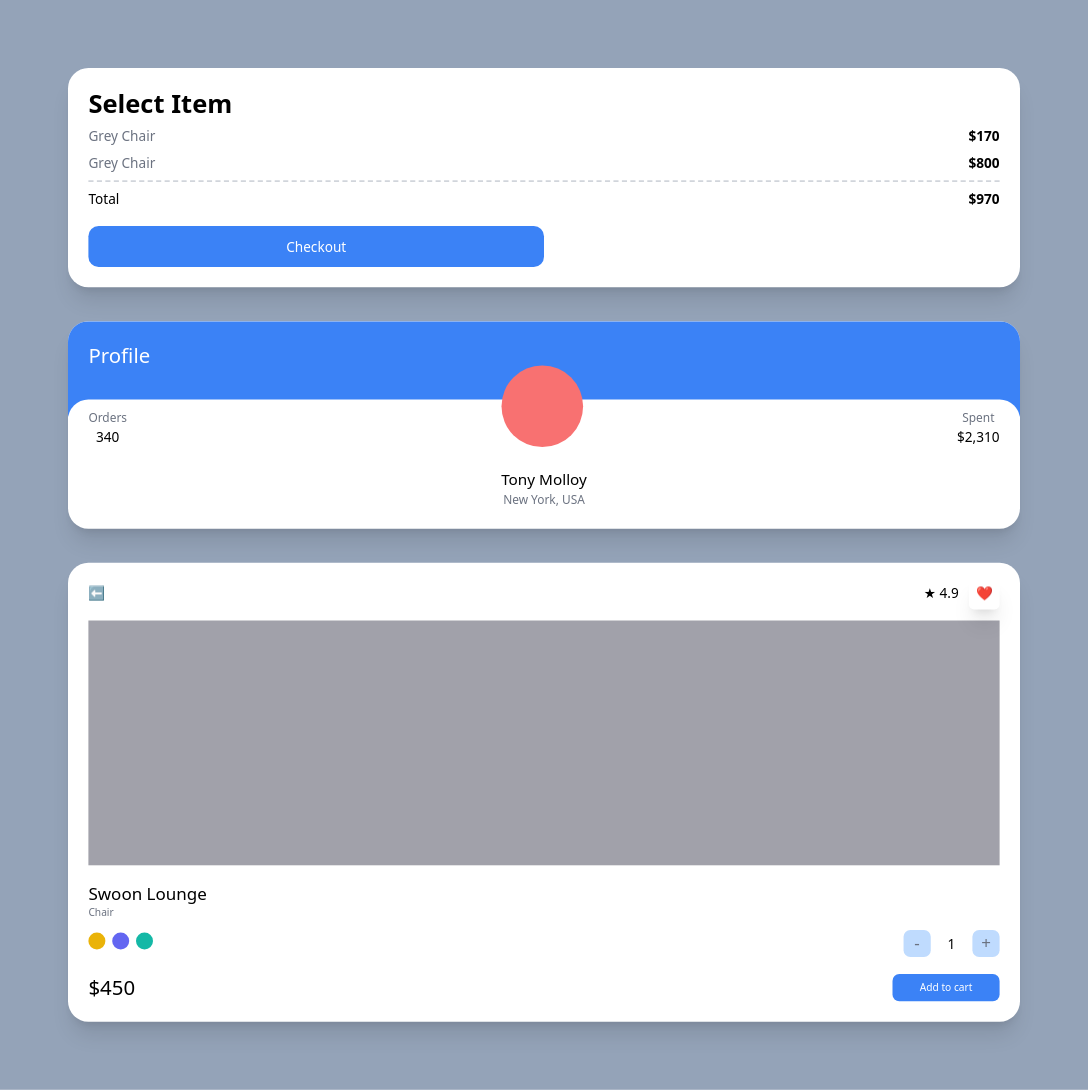
Repository: pjk0007/nextjs-carrot-marcket
Page: /
An editor plug-in stored every save of this project. The page is shown before and after the next save, followed by the edit.
The browser window is 1280 px wide. The pictures show the whole page, at 85% of full size.
The project was rebuilt for these pictures with package versions that can differ from the ones it lists, and the page was loaded fresh each time. The framework's server and built-in components were replaced by stand-ins that run in the browser. Also part of the build but not shown: next.config.js.

Above is the page before, as saved 2022-04-30 13:38:32.

### pages/index.tsx
import type { NextPage } from 'next'
const Home: NextPage = () => {
  return (
    <div className='bg-slate-400 py-20 px-20 grid gap-10 min-h-screen'>
      <div className='bg-white p-6 rounded-3xl shadow-xl'>
        <span className='font-semibold text-3xl'>Select Item</span>
        <div className='flex justify-between my-2'>
          <span className='text-gray-500'>Grey Chair</span>
          <span className='font-semibold'>$170</span>
        </div>
        <div className='flex justify-between'>
          <span className='text-gray-500'>Grey Chair</span>
          <span className='font-semibold'>$800</span>
        </div>
        <div className='flex justify-between mt-2 pt-2 border-t-2 border-dashed border-gray-300'>
          <span>Total</span>
          <span className='font-semibold'>$970</span>
        </div>
        <button className='mt-5 bg-blue-500 text-white p-3 text-center rounded-xl w-1/2 mx-auto hover:bg-teal-500'>Checkout</button>
      </div>

      <div className='bg-white overflow-hidden rounded-3xl shadow-xl'>
        <div className='bg-blue-500 p-6 pb-14'>
          <span className='text-white text-2xl'>Profile</span>
        </div>
        <div className='rounded-3xl p-6 relative -top-5 bg-white'>
          <div className='flex relative -top-16 items-end justify-between'>
            <div className='flex flex-col items-center'>
              <span className='text-sm text-gray-500'>Orders</span>
              <span className='font-medium'>340</span>
            </div>
            <div className='h-24 w-24 bg-red-400 rounded-full'/>
            <div className='flex flex-col items-center'>
              <span className='text-sm text-gray-500'>Spent</span>
              <span className='font-medium'>$2,310</span>
            </div>
          </div>
          <div className='flex flex-col items-center -mt-10 -mb-5'>
            <span className='text-lg font-medium'>Tony Molloy</span>
            <span className='text-sm text-gray-500'>New York, USA</span>
          </div>
        </div>
      </div>

      <div className='bg-white p-6 rounded-3xl shadow-xl'>
        <div className='flex mb-5 justify-between items-center'>
          <span>⬅</span>
          <div className='space-x-3'>
            <span>★ 4.9</span>
            <span className='shadow-xl p-2 rounded-md'>❤️</span>
          </div>
        </div>
        <div className='bg-zinc-400 h-72 mb-5'/>
        <div className='flex flex-col'>
          <span className='font-medium text-xl'>Swoon Lounge</span>
          <span className='text-xs text-gray-500'>Chair</span>
          <div className='mt-3 mb-5 flex justify-between items-center'>
            <div className='space-x-2'>
              <button className="w-5 h-5 rounded-full bg-yellow-500"></button>
              <button className="w-5 h-5 rounded-full bg-indigo-500"></button>
              <button className="w-5 h-5 rounded-full bg-teal-500"></button>
            </div>
            <div className='flex items-center space-x-5'>
              <button className='rounded-lg bg-blue-200 justify-center items-center aspect-square w-8 text-xl text-gray-500'>-</button>
              <span>1</span>
              <button className='rounded-lg bg-blue-200 justify-center items-center aspect-square w-8 text-xl text-gray-500'>+</button>
            </div>
          </div>
          <div className='flex justify-between items-center'>
            <span className='font-medium text-2xl'>$450</span>
            <button className='bg-blue-500 text-center text-white rounded-lg py-2 px-8 text-xs'>Add to cart</button>
          </div>
        </div>
      </div>
    </div>
  );
}

export default Home

### tailwind.config.js
module.exports = {
  content: [
    "./pages/**/*.{js,jsx,ts,tsx}",
    "./components/**/*.{js,jsx,ts,tsx}"
  ],
  theme: {
    extend: {},
  },
  plugins: [],
}

Loaded but not shown: pages/_app.tsx (common file); styles/globals.css (common file)

After the next save:
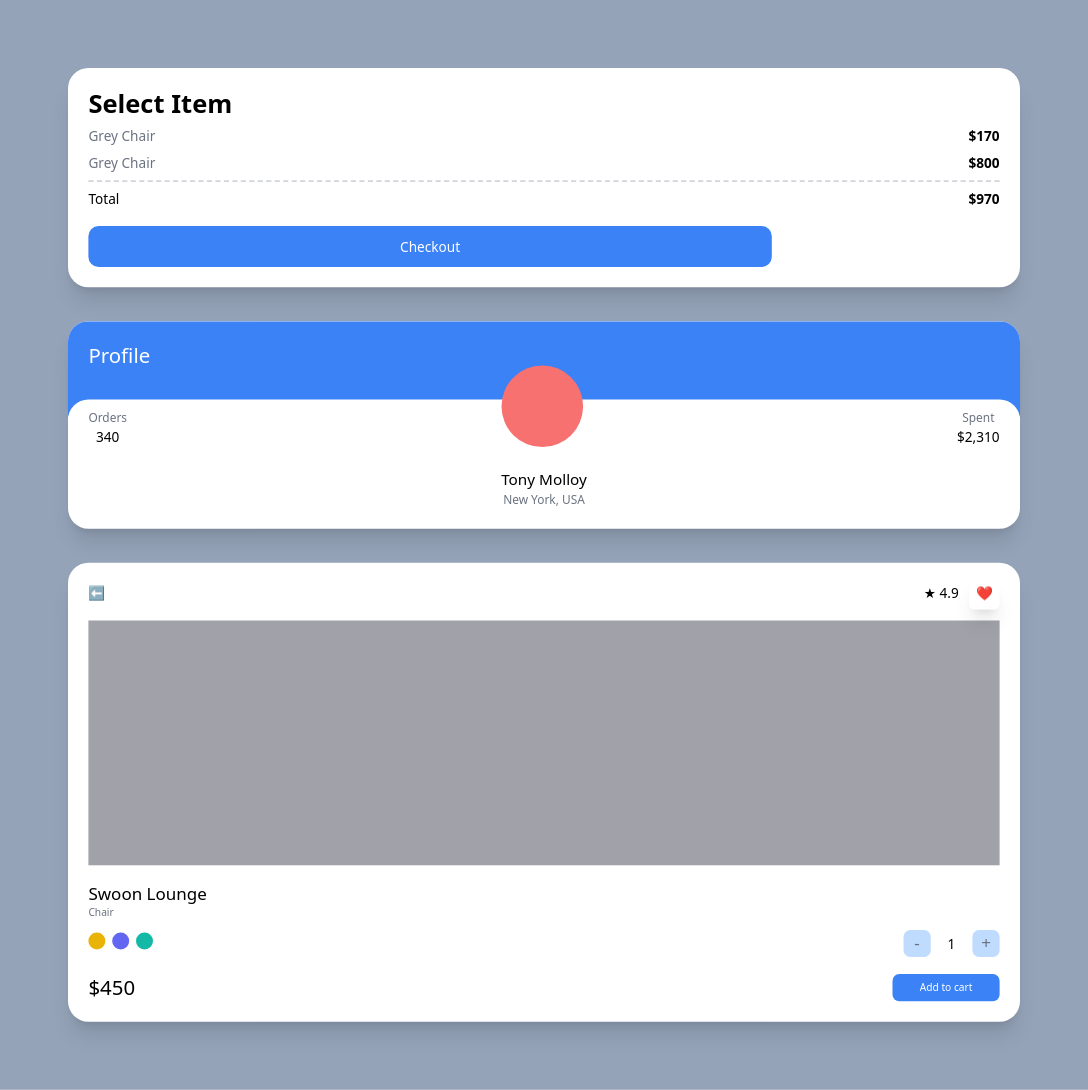
Saved 40 s later.
--- a/pages/index.tsx
+++ b/pages/index.tsx
@@ -16,7 +16,7 @@ const Home: NextPage = () => {
           <span>Total</span>
           <span className='font-semibold'>$970</span>
         </div>
-        <button className='mt-5 bg-blue-500 text-white p-3 text-center rounded-xl w-1/2 mx-auto hover:bg-teal-500'>Checkout</button>
+        <button className='mt-5 bg-blue-500 text-white p-3 text-center rounded-xl w-3/4 mx-auto hover:bg-teal-500'>Checkout</button>
       </div>
 
       <div className='bg-white overflow-hidden rounded-3xl shadow-xl'>
